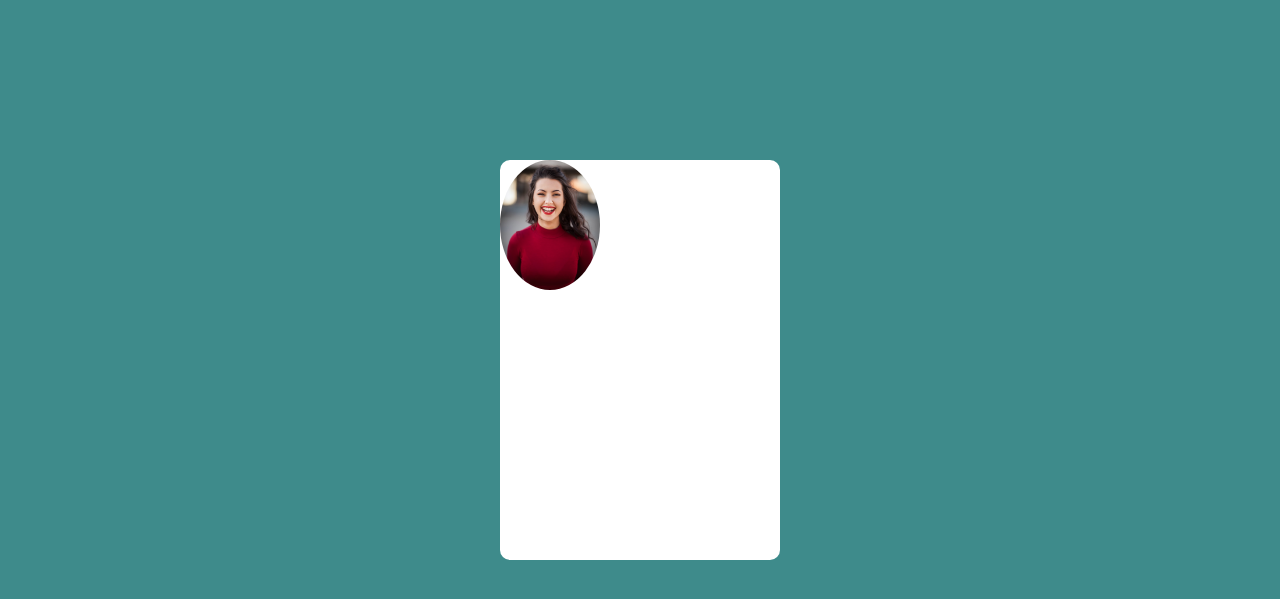
Repository: kiranjeetkaur01/instarequest.github.io
Page: index.html
An editor plug-in stored every save of this project. The page is shown before and after the next save, followed by the edit.
The browser window is 1280 px wide. The pictures show the whole page.

Above is the page before, as saved 2023-09-12 19:34:12.

### index.html
<!DOCTYPE html>
<html lang="en">
<head>
    <meta charset="UTF-8">
    <meta name="viewport" content="width=device-width, initial-scale=1.0">
    <title>Insta Request Feature</title>
    <link rel="stylesheet" href="style.css">
</head>
<body>
    <div id="main">
        <div id="card">
            <img src="./photo-1494790108377-be9c29b29330.avif" alt="">
        </div>
    </div>

    <script src="script.js"></script>
</body>
</html>

### style.css
*{
    margin: 0;
    padding: 0;
    box-sizing: border-box;
}
html,body{
    height: 100%;
    width: 100%;
}
#main{
    height: 100%;
    width: 100%;
    background-color: rgb(62, 139, 139);
    display: flex;
    align-items: center;
    justify-content: center;
}
#card{
    height: 400px;
    width: 280px;
    background-color: #fff;
    border-radius: 10px;
}
#card img{
    height: 130px;
    width: 100px;
    object-fit: cover;
    border-radius: 50%;
}

Loaded but not shown: script.js (no copy from this time; the picture is the same without it)

After the next save:
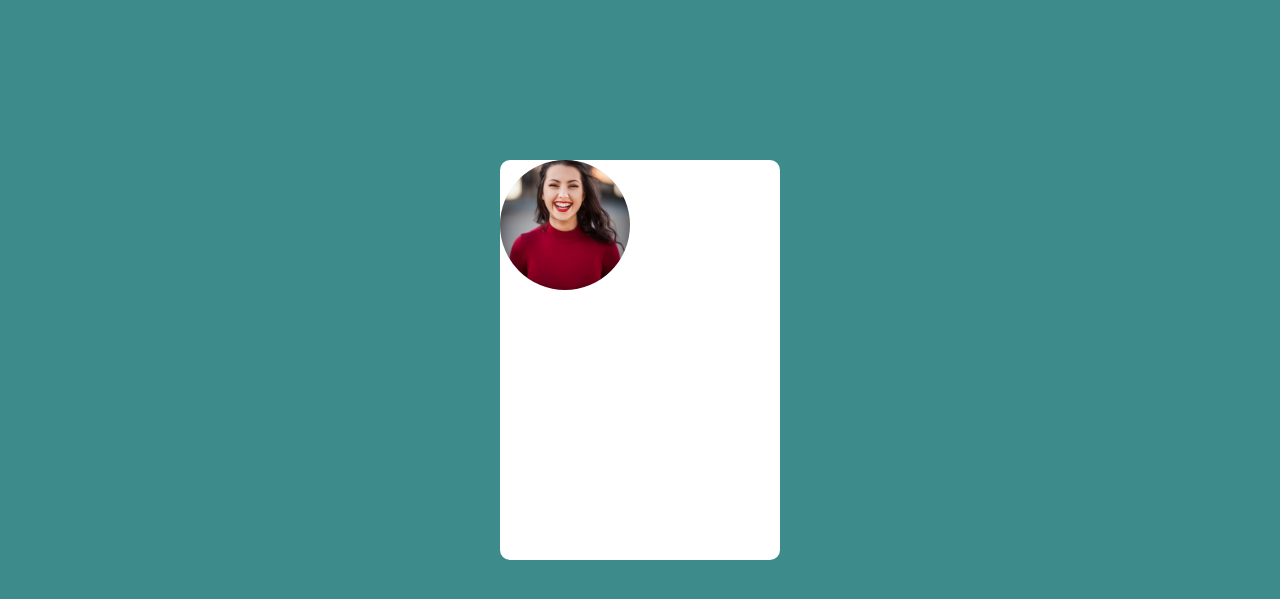
Saved 4 s later.
--- a/style.css
+++ b/style.css
@@ -23,7 +23,7 @@
 }
 #card img{
     height: 130px;
-    width: 100px;
+    width: 130px;
     object-fit: cover;
     border-radius: 50%;
 }
